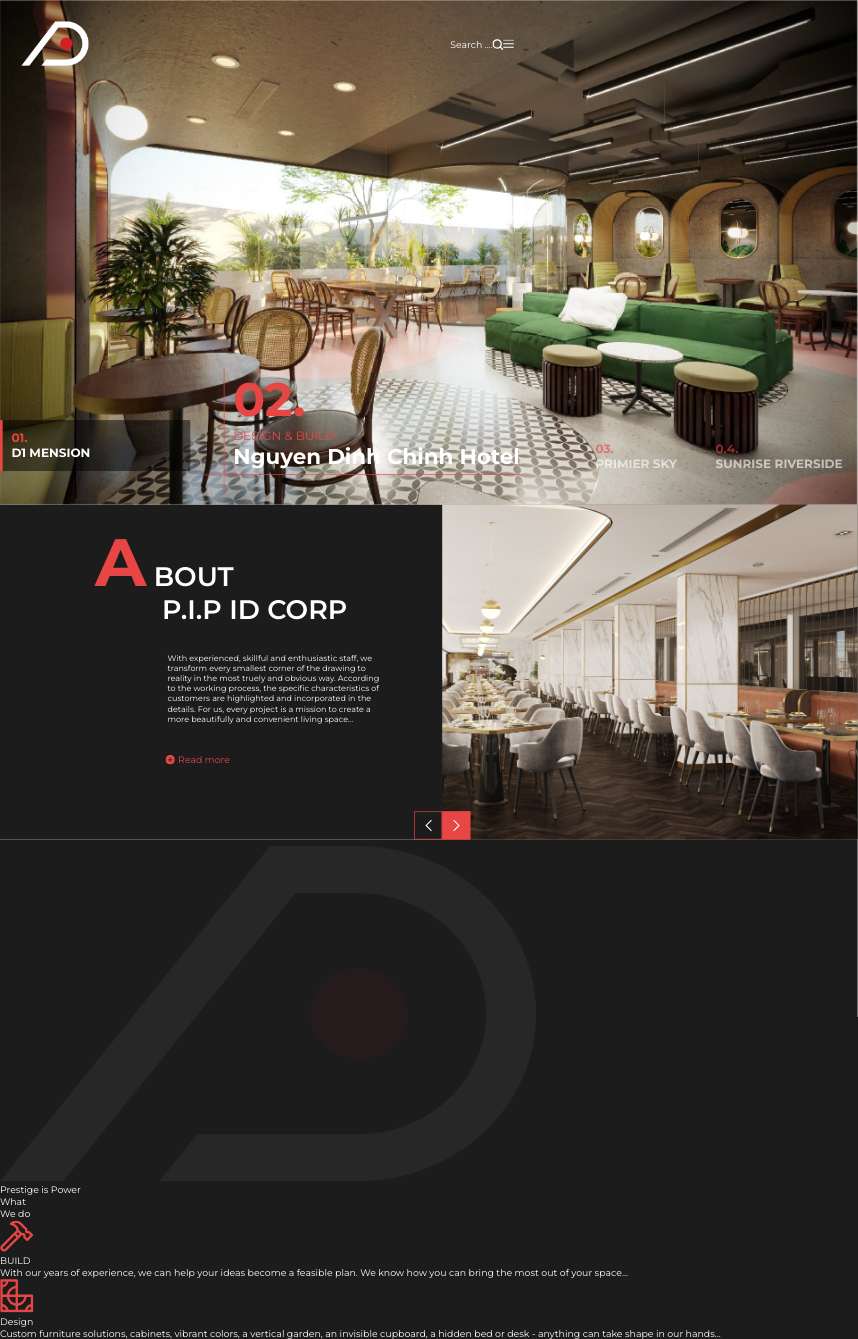
Repository: huudang2840/pipHomePage
Page: index.html
An editor plug-in stored every save of this project. The page is shown before and after a run of saves, followed by the edit.
The browser window is 1280 px wide. The pictures show the whole page, at 67% of full size.

Above is the page before, as saved 2023-03-21 14:46:07.

After the next 2 saves:
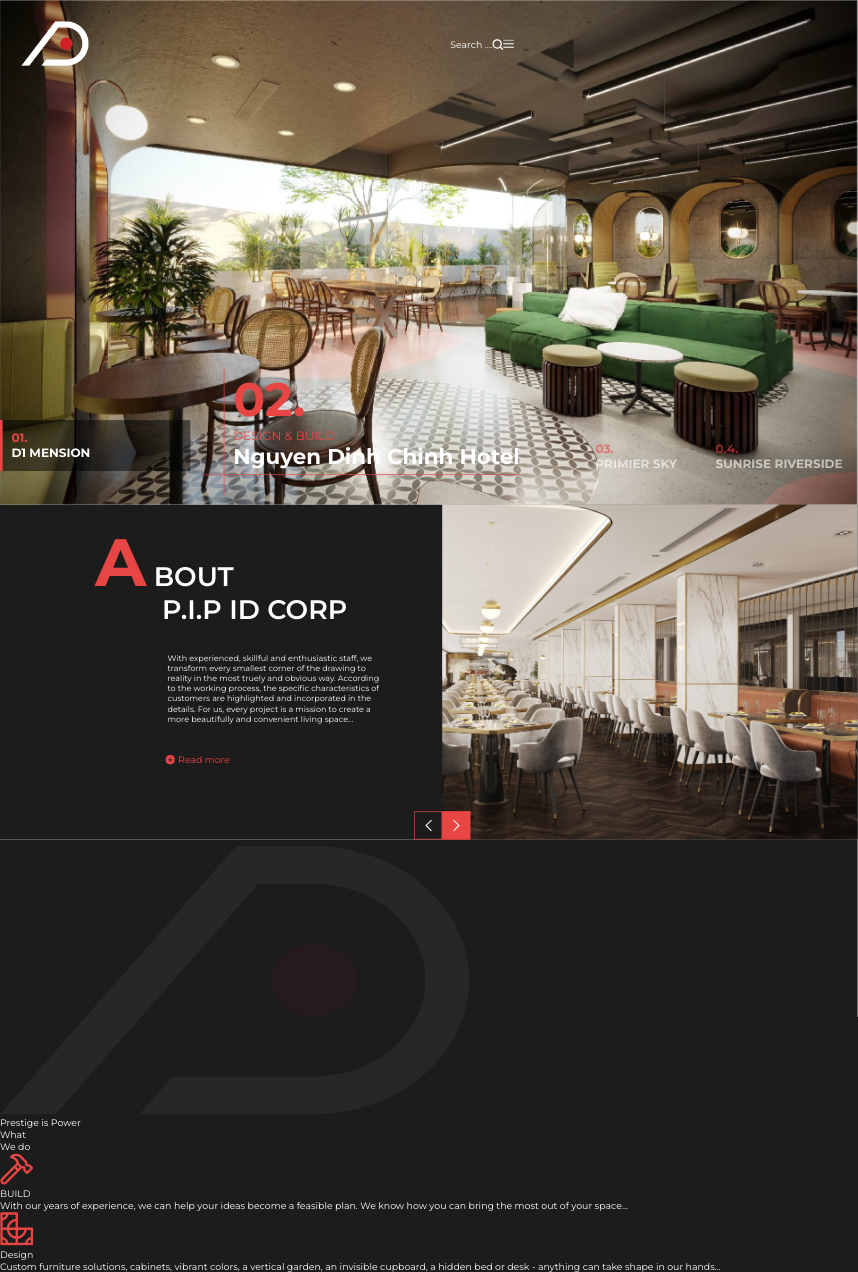
The 2 saves are shown as one change because they came seconds apart.
The last was saved 19 s later.
--- a/style/style.css
+++ b/style/style.css
@@ -242,6 +242,6 @@
 }
 
 .wedo__top__logo img {
-  width: 800px;
-  height: 500px;
-}
+  width: 700px;
+  height: 400px;
+}
